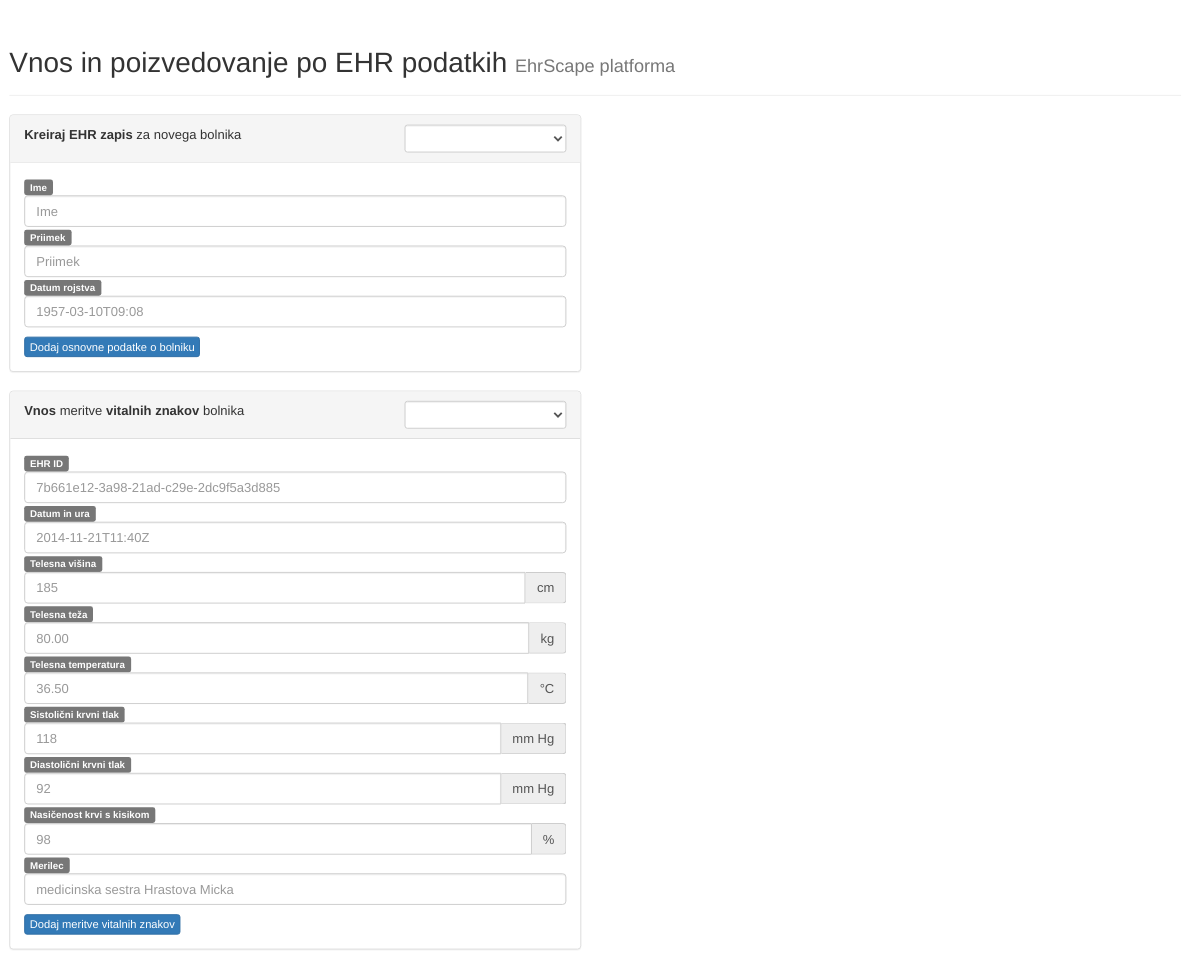
Repository: CheBato/ois-dn4
Page: index.html
The author's editor kept a record of every edit. The page is drawn from the files as they stood at one moment, then again after the next edit.
The browser window is 1280 px wide. The page is 1285 px wide, so the pictures cover 1285 px, including what lies to the right of the window. The pictures show the whole page, at 93% of full size.
Some web libraries are served in a nearby version.

Above is the page before.

### index.html

<!DOCTYPE html>
<html>
	<head>
	    <meta http-equiv="Content-Type" content="text/html; charset=UTF-8"/>
	    <title>EhrScape - Vnos in poizvedovanje po EHR podatkih</title>
	    <script src="https://ajax.googleapis.com/ajax/libs/jquery/2.1.0/jquery.min.js"></script>
	    <link href="https://maxcdn.bootstrapcdn.com/bootstrap/3.3.1/css/bootstrap.min.css" rel="stylesheet">
	    <script src="https://maxcdn.bootstrapcdn.com/bootstrap/3.3.1/js/bootstrap.min.js"></script>
	    <script src="demo.js"></script>
	    <style>
	  		body {padding: 10px;}
	  		.btn {margin-top: 10px;}
	  		.obvestilo {margin-left:10px;}
	  	</style>
	</head>
	<body>
		<div class="page-header"><h2>Vnos in poizvedovanje po EHR podatkih <small>EhrScape platforma</small></h2></div>
		<div class="row">
			<div class="col-lg-6 col-md-6 col-sm-6">
				<div class="panel panel-default">
					<div class="panel-heading">
						<div class="row">
							<div class="col-lg-8 col-md-8 col-sm-8"><b>Kreiraj EHR zapis</b> za novega bolnika</div>
							<div class="col-lg-4 col-md-4 col-sm-4"><select class="form-control input-sm" id="preberiPredlogoBolnika"><option value=""></option><option value="Pujsa,Pepa,1938-10-30T14:58">Pujsa Pepa</option></select></div>
						</div>
					</div>
					<div class="panel-body">
						<span class="label label-default">Ime</span><input id="kreirajIme" type="text" class="form-control input-mini" placeholder="Ime">
						<span class="label label-default">Priimek</span><input id="kreirajPriimek" type="text" class="form-control" placeholder="Priimek">
						<span class="label label-default">Datum rojstva</span><input id="kreirajDatumRojstva" type="text" class="form-control" placeholder="1957-03-10T09:08">
						<button type="button" class="btn btn-primary btn-xs" onclick="kreirajEHRzaBolnika()">Dodaj osnovne podatke o bolniku</button><span id="kreirajSporocilo"></span>
				  	</div>
				</div>
			</div>

		</div>
		<div class="row">
			<div class="col-lg-6 col-md-6 col-sm-6">
				<div class="panel panel-default">
					<div class="panel-heading">
						<div class="row">
							<div class="col-lg-8 col-md-8 col-sm-8"><b>Vnos</b> meritve <b>vitalnih znakov</b> bolnika</div>
							<div class="col-lg-4 col-md-4 col-sm-4"><select class="form-control input-sm" id="preberiObstojeciVitalniZnak"><option value=""></option><option value="b931580f-2b05-488b-985b-8d9ffb08ad02|2014-11-21T11:40Z|185|80.0|36.50|118|92|98|medicinska sestra Smrketa">Ata Smrk</option></select></div>
						</div>
					</div>
					<div class="panel-body">
						<span class="label label-default">EHR ID</span><input id="dodajVitalnoEHR" type="text" class="form-control input-mini" placeholder="7b661e12-3a98-21ad-c29e-2dc9f5a3d885">
						<span class="label label-default">Datum in ura</span><input id="dodajVitalnoDatumInUra" type="text" class="form-control input-mini" placeholder="2014-11-21T11:40Z">
						<span class="label label-default">Telesna višina</span><div class="input-group"><input id="dodajVitalnoTelesnaVisina" type="text" class="form-control input-mini" placeholder="185"><span class="input-group-addon">cm</span></div>
						<span class="label label-default">Telesna teža</span><div class="input-group"><input id="dodajVitalnoTelesnaTeza" type="text" class="form-control input-mini" placeholder="80.00"><span class="input-group-addon">kg</span></div>
						<span class="label label-default">Telesna temperatura</span><div class="input-group"><input id="dodajVitalnoTelesnaTemperatura" type="text" class="form-control input-mini" placeholder="36.50"><span class="input-group-addon">°C</span></div>
						<span class="label label-default">Sistolični krvni tlak</span><div class="input-group"><input id="dodajVitalnoKrvniTlakSistolicni" type="text" class="form-control input-mini" placeholder="118"><span class="input-group-addon">mm Hg</span></div>
						<span class="label label-default">Diastolični krvni tlak</span><div class="input-group"><input id="dodajVitalnoKrvniTlakDiastolicni" type="text" class="form-control input-mini" placeholder="92"><span class="input-group-addon">mm Hg</span></div>
						<span class="label label-default">Nasičenost krvi s kisikom</span><div class="input-group"><input id="dodajVitalnoNasicenostKrviSKisikom" type="text" class="form-control input-mini" placeholder="98"><span class="input-group-addon">%</span></div>
						<span class="label label-default">Merilec</span><input id="dodajVitalnoMerilec" type="text" class="form-control input-mini" placeholder="medicinska sestra Hrastova Micka">
						<button type="button" class="btn btn-primary btn-xs" onclick="dodajMeritveVitalnihZnakov()">Dodaj meritve vitalnih znakov</button><span id="dodajMeritveVitalnihZnakovSporocilo"></span>
				  	</div>
				</div>
			</div>

		</div>
	</body>
</html>

### demo.js

var baseUrl = 'https://rest.ehrscape.com/rest/v1';
var queryUrl = baseUrl + '/query';

var username = "ois.seminar";
var password = "ois4fri";

function getSessionId() {
    var response = $.ajax({
        type: "POST",
        url: baseUrl + "/session?username=" + encodeURIComponent(username) +
                "&password=" + encodeURIComponent(password),
        async: false
    });
    return response.responseJSON.sessionId;
}

function generator(){
	sessionID = getSessionId();
	window.location = "/index.html";
}
function kreirajEHRzaBolnika() {
	sessionId = getSessionId();

	var name = $("#kreirajIme").val();
	var lastname = $("#kreirajPriimek").val();
	var dateofbirth = $("#kreirajDatumRojstva").val();

	if (!name || !lastname || !dateofbirth || name.trim().length == 0 || lastname.trim().length == 0 || dateofbirth.trim().length == 0) {
		$("#kreirajSporocilo").html("<span class='obvestilo label label-warning fade-in'>Prosim vnesite zahtevane podatke!</span>");
	} else {
		$.ajaxSetup({
		    headers: {"Ehr-Session": sessionId}
		});
		$.ajax({
		    url: baseUrl + "/ehr",
		    type: 'POST',
		    success: function (data) {
		        var ehrId = data.ehrId;
		        var partyData = {
		            firstNames: name,
		            lastNames: lastname,
		            dateOfBirth: dateofbirth,
		            partyAdditionalInfo: [{key: "ehrId", value: ehrId}]
		        };
		        $.ajax({
		            url: baseUrl + "/demographics/party",
		            type: 'POST',
		            contentType: 'application/json',
		            data: JSON.stringify(partyData),
		            success: function (party) {
		                if (party.action == 'CREATE') {
		                    $("#kreirajSporocilo").html("<span class='obvestilo label label-success fade-in'>Success in making EHR '" + ehrId + "'.</span>");
		                    console.log("Success '" + ehrId + "'.");
		                    $("#preberiEHRid").val(ehrId);
		                }
		            },
		            error: function(err) {
		            	$("#kreirajSporocilo").html("<span class='obvestilo label label-danger fade-in'>Napaka '" + JSON.parse(err.responseText).userMessage + "'!");
		            	console.log(JSON.parse(err.responseText).userMessage);
		            }
		        });
		    }
		});
	}
}




function dodajMeritveVitalnihZnakov() {
	sessionId = getSessionId();

	var ehrId = $("#dodajVitalnoEHR").val();
	var datumUra = $("#dodajVitalnoDatumInUra").val();
	var tVisina = $("#dodajVitalnoTelesnaVisina").val();
	var tTeza = $("#dodajVitalnoTelesnaTeza").val();
	var tTemperatura = $("#dodajVitalnoTelesnaTemperatura").val();
	var sistolicniKrvniTlak = $("#dodajVitalnoKrvniTlakSistolicni").val();
	var diastolicniKrvniTlak = $("#dodajVitalnoKrvniTlakDiastolicni").val();
	var nasicenostKrviSKisikom = $("#dodajVitalnoNasicenostKrviSKisikom").val();
	var merilec = $("#dodajVitalnoMerilec").val();

	if (!ehrId || ehrId.trim().length == 0) {
		$("#dodajMeritveVitalnihZnakovSporocilo").html("<span class='obvestilo label label-warning fade-in'>Prosim vnesite pravilne podatke</span>");
	} else {
		$.ajaxSetup({
		    headers: {"Ehr-Session": sessionId}
		});
		var podatki = {
			// Preview Structure: https://rest.ehrscape.com/rest/v1/template/Vital%20Signs/example
		    "ctx/language": "en",
		    "ctx/territory": "SI",
		    "ctx/time": datumUra,
		    "vital_signs/height_length/any_event/body_height_length": tVisina,
		    "vital_signs/body_weight/any_event/body_weight": tTeza,
		   	"vital_signs/body_temperature/any_event/temperature|magnitude": tTemperatura,
		    "vital_signs/body_temperature/any_event/temperature|unit": "°C",
		    "vital_signs/blood_pressure/any_event/systolic": sistolicniKrvniTlak,
		    "vital_signs/blood_pressure/any_event/diastolic": diastolicniKrvniTlak,
		    "vital_signs/indirect_oximetry:0/spo2|numerator": nasicenostKrviSKisikom
		};
		var parametriZahteve = {
		    "ehrId": ehrId,
		    templateId: 'Vital Signs',
		    format: 'FLAT',
		    committer: merilec
		};
		$.ajax({
		    url: baseUrl + "/composition?" + $.param(parametriZahteve),
		    type: 'POST',
		    contentType: 'application/json',
		    data: JSON.stringify(podatki),
		    success: function (res) {
		    	console.log(res.meta.href);
		        $("#dodajMeritveVitalnihZnakovSporocilo").html("<span class='obvestilo label label-success fade-in'>" + res.meta.href + ".</span>");
		    },
		    error: function(err) {
		    	$("#dodajMeritveVitalnihZnakovSporocilo").html("<span class='obvestilo label label-danger fade-in'>Napaka '" + JSON.parse(err.responseText).userMessage + "'!");
				console.log(JSON.parse(err.responseText).userMessage);
		    }
		});
	}
}
function ime(){
	sessionId = getSessionId();
	var ehrId = $("#preberiEHRid").val();
	if (!ehrId || ehrId.trim().length == 0) {
		$("#test").html("");
		$("#preberiSporocilo").html("<span class='obvestilo label label-warning fade-in'>Prosim vnesite zahtevan podatek!");
	}else{
	$("#test").html("<div class='row'><div class='col-lg-9 col-md-9 col-sm-9'><div class='panel panel-default'><div class='panel-heading'><div class='row'><div class='col-lg-8 col-md-8 col-sm-8' id='Pacient'></div><div class='col-lg-9 col-md-9 col-sm-9' id='rojstvo'></div><div class='col-lg-8 col-md-8 col-sm-8' id='Gender'></div><div class='col-lg-8 col-md-8 col-sm-8'><select class='form-control input-sm' id='preberiTipZaVitalneZnake'><option value='telesna temperatura'>telesna temperatura</option><option value='telesna teža'>telesna teža</option></select></div></div></div>"+
	    					"<div class='panel-body'>"+
	    						"<button type='button' class='btn btn-primary btn-xs' onclick='preberiMeritve()'>Preberi meritve vitalnih znakov</button><span id='preberiMeritveVZ'></span>"+
	    						"<div id='rMeritveVZ'></div>"+
	    					"</div>"+
	    				"</div>"+
	    			"</div>"+
	    		"</div>");
	console.log(ehrId);
	$.ajax({
		url: baseUrl + "/demographics/ehr/" + ehrId + "/party",
	    	type: 'GET',
	    	headers: {"Ehr-Session": sessionId},
	    	success: function (data) {
				var party = data.party;
				$("#Pacient").html("<div>Pacient: "+party.firstNames+" "+party.lastNames+"</div>");
				$("#rojstvo").html("<div>Rojen: "+party.dateOfBirth+"</div>");
				$("#Gender").html("<div>Spol: "+party.gender+"</div>");

	    	}
	    	});
	}
}



function preberiMeritve() {
	sessionId = getSessionId();

	var ehrId = $("#preberiEHRid").val();
	var tip = $("#preberiTipZaVitalneZnake").val();

	if (!ehrId || ehrId.trim().length == 0 || !tip || tip.trim().length == 0) {
		$("#preberiMeritveVZ").html("<span class='obvestilo label label-warning fade-in'>Prosim vnesite zahtevane podateke!");
	} else {
		$.ajax({
			url: baseUrl + "/demographics/ehr/" + ehrId + "/party",
	    	type: 'GET',
	    	headers: {"Ehr-Session": sessionId},
	    	success: function (data) {
				var party = data.party;
				$("#rMeritveVZ").html("<br/><span><b>'" + tip + ":</span><br/><br/>");
				if (tip == "telesna temperatura") {
					$.ajax({
					    url: baseUrl + "/view/" + ehrId + "/" + "body_temperature",
					    type: 'GET',
					    headers: {"Ehr-Session": sessionId},
					    success: function (res) {
					    	if (res.length > 0) {
						    	var results = "<table class='table table-striped table-hover'><tr><th>Datum in ura</th><th class='text-right'>Telesna temperatura</th></tr>";
						        for (var i in res) {
						            results += "<tr><td>" + res[i].time + "</td><td class='text-right'>" + res[i].temperature + " " 	+ res[i].unit + "</td>";
						        }
						        results += "</table>";
						        $("#rMeritveVZ").append(results);
					    	} else {
					    		$("#preberiMeritveVZ").html("<span class='obvestilo label label-warning fade-in'>Ni podatkov!</span>");
					    	}
					    },
					    error: function() {
					    	$("#preberiMeritveVZ").html("<span class='obvestilo label label-danger fade-in'>Napaka '" + JSON.parse(err.responseText).userMessage + "'!");
							console.log(JSON.parse(err.responseText).userMessage);
					    }
					});
				} else if (tip == "telesna teža") {
					$.ajax({
					    url: baseUrl + "/view/" + ehrId + "/" + "weight",
					    type: 'GET',
					    headers: {"Ehr-Session": sessionId},
					    success: function (res) {
					    	if (res.length > 0) {
						    	var results = "<table class='table table-striped table-hover'><tr><th>Datum in ura</th><th class='text-right'>Telesna teža</th></tr>";
						        for (var i in res) {
						            results += "<tr><td>" + res[i].time + "</td><td class='text-right'>" + res[i].weight + " " 	+ res[i].unit + "</td>";
						        }
						        results += "</table>";
						        $("#rMeritveVZ").append(results);
					    	} else {
					    		$("#preberiMeritveVZ").html("<span class='obvestilo label label-warning fade-in'>Ni podatkov!</span>");
					    	}
					    },
					    error: function() {
					    	$("#preberiMeritveVZ").html("<span class='obvestilo label label-danger fade-in'>Napaka '" + JSON.parse(err.responseText).userMessage + "'!");
							console.log(JSON.parse(err.responseText).userMessage);
					    }
					});
			/*	} else if (tip == "telesna temperatura AQL") {
					var AQL =
						"select " +
    						"t/data[at0002]/events[at0003]/time/value as cas, " +
    						"t/data[at0002]/events[at0003]/data[at0001]/items[at0004]/value/magnitude as temperatura_vrednost, " +
    						"t/data[at0002]/events[at0003]/data[at0001]/items[at0004]/value/units as temperatura_enota " +
						"from EHR e[e/ehr_id/value='" + ehrId + "'] " +
						"contains OBSERVATION t[openEHR-EHR-OBSERVATION.body_temperature.v1] " +
						"where t/data[at0002]/events[at0003]/data[at0001]/items[at0004]/value/magnitude<35 " +
						"order by t/data[at0002]/events[at0003]/time/value desc " +
						"limit 10";
					$.ajax({
					    url: baseUrl + "/query?" + $.param({"aql": AQL}),
					    type: 'GET',
					    headers: {"Ehr-Session": sessionId},
					    success: function (res) {
					    	var results = "<table class='table table-striped table-hover'><tr><th>Datum in ura</th><th class='text-right'>Telesna temperatura</th></tr>";
					    	if (res) {
					    		var rows = res.resultSet;
						        for (var i in rows) {
						            results += "<tr><td>" + rows[i].cas + "</td><td class='text-right'>" + rows[i].temperatura_vrednost + " " 	+ rows[i].temperatura_enota + "</td>";
						        }
						        results += "</table>";
						        $("#rezultatMeritveVitalnihZnakov").append(results);
					    	} else {
					    		$("#preberiMeritveVitalnihZnakovSporocilo").html("<span class='obvestilo label label-warning fade-in'>Ni podatkov!</span>");
					    	}

					    },
					    error: function() {
					    	$("#preberiMeritveVitalnihZnakovSporocilo").html("<span class='obvestilo label label-danger fade-in'>Napaka '" + JSON.parse(err.responseText).userMessage + "'!");
							console.log(JSON.parse(err.responseText).userMessage);
					    }
					});
				}*/
				}
	    	},
	    	error: function(err) {
	    		$("#preberiMeritveVZ").html("<span class='obvestilo label label-danger fade-in'>Napaka '" + JSON.parse(err.responseText).userMessage + "'!");
				console.log(JSON.parse(err.responseText).userMessage);
	    	}
		});
	}
}


$(document).ready(function() {
	$('#preberiObstojeciEHR').change(function() {
		$("#preberiSporocilo").html("");
		$("#preberiEHRid").val($(this).val());
	});
	$('#preberiPredlogoBolnika').change(function() {
		$("#kreirajSporocilo").html("");
		var podatki = $(this).val().split(",");
		$("#kreirajIme").val(podatki[0]);
		$("#kreirajPriimek").val(podatki[1]);
		$("#kreirajDatumRojstva").val(podatki[2]);
	});
	$('#preberiObstojeciVitalniZnak').change(function() {
		$("#dodajMeritveVitalnihZnakovSporocilo").html("");
		var podatki = $(this).val().split("|");
		$("#dodajVitalnoEHR").val(podatki[0]);
		$("#dodajVitalnoDatumInUra").val(podatki[1]);
		$("#dodajVitalnoTelesnaVisina").val(podatki[2]);
		$("#dodajVitalnoTelesnaTeza").val(podatki[3]);
		$("#dodajVitalnoTelesnaTemperatura").val(podatki[4]);
		$("#dodajVitalnoKrvniTlakSistolicni").val(podatki[5]);
		$("#dodajVitalnoKrvniTlakDiastolicni").val(podatki[6]);
		$("#dodajVitalnoNasicenostKrviSKisikom").val(podatki[7]);
		$("#dodajVitalnoMerilec").val(podatki[8]);
	});
	$('#preberiEhrIdZaVitalneZnake').change(function() {
		$("#preberiMeritveVitalnihZnakovSporocilo").html("");
		$("#rezultatMeritveVitalnihZnakov").html("");
		$("#meritveVitalnihZnakovEHRid").val($(this).val());
	});
});

After the next edit:
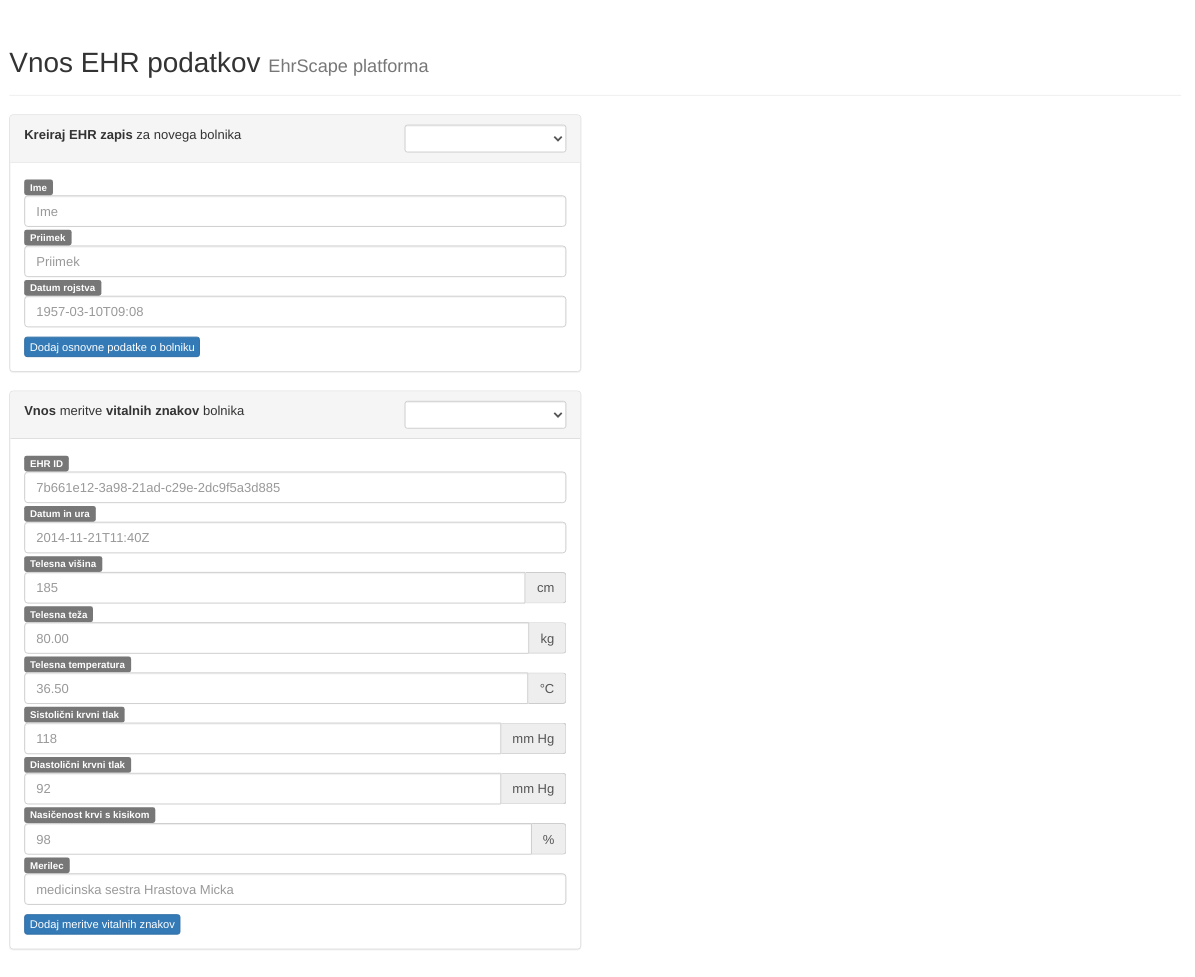
The edit:
--- a/index.html
+++ b/index.html
@@ -15,7 +15,7 @@
 	  	</style>
 	</head>
 	<body>
-		<div class="page-header"><h2>Vnos in poizvedovanje po EHR podatkih <small>EhrScape platforma</small></h2></div>
+		<div class="page-header"><h2>Vnos EHR podatkov <small>EhrScape platforma</small></h2></div>
 		<div class="row">
 			<div class="col-lg-6 col-md-6 col-sm-6">
 				<div class="panel panel-default">
